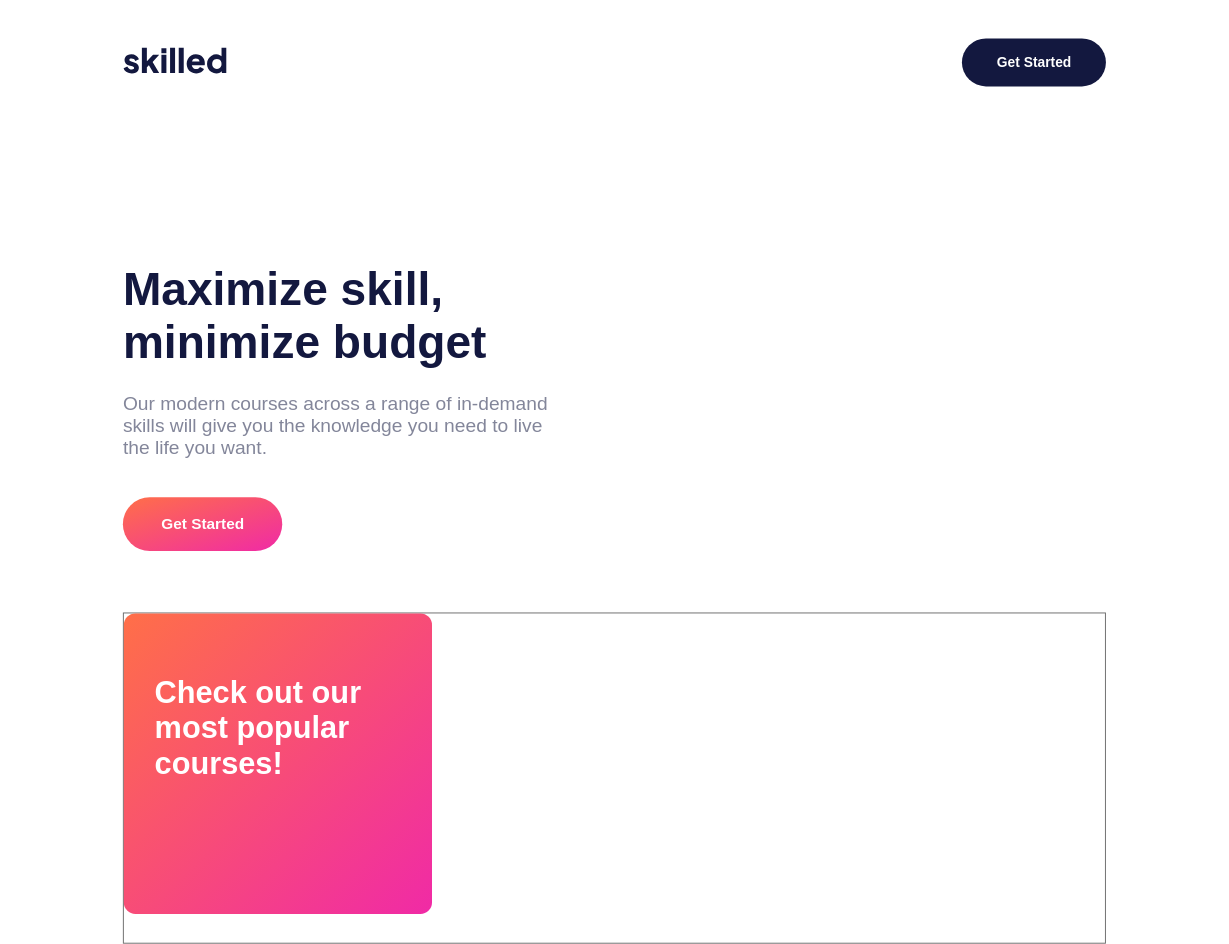
Repository: exe-walt/E-Learning-Landing-Page
Page: index.html
These files come from the project's save history. The page is drawn as it stood at one moment and after the next save; the edit follows.
The browser window is 1280 px wide. The pictures show the whole page, at 96% of full size.
Some web fonts or font styles are not loaded; a fallback is used.

Above is the page before, as saved 2025-05-29 12:28:56.

After the next save:
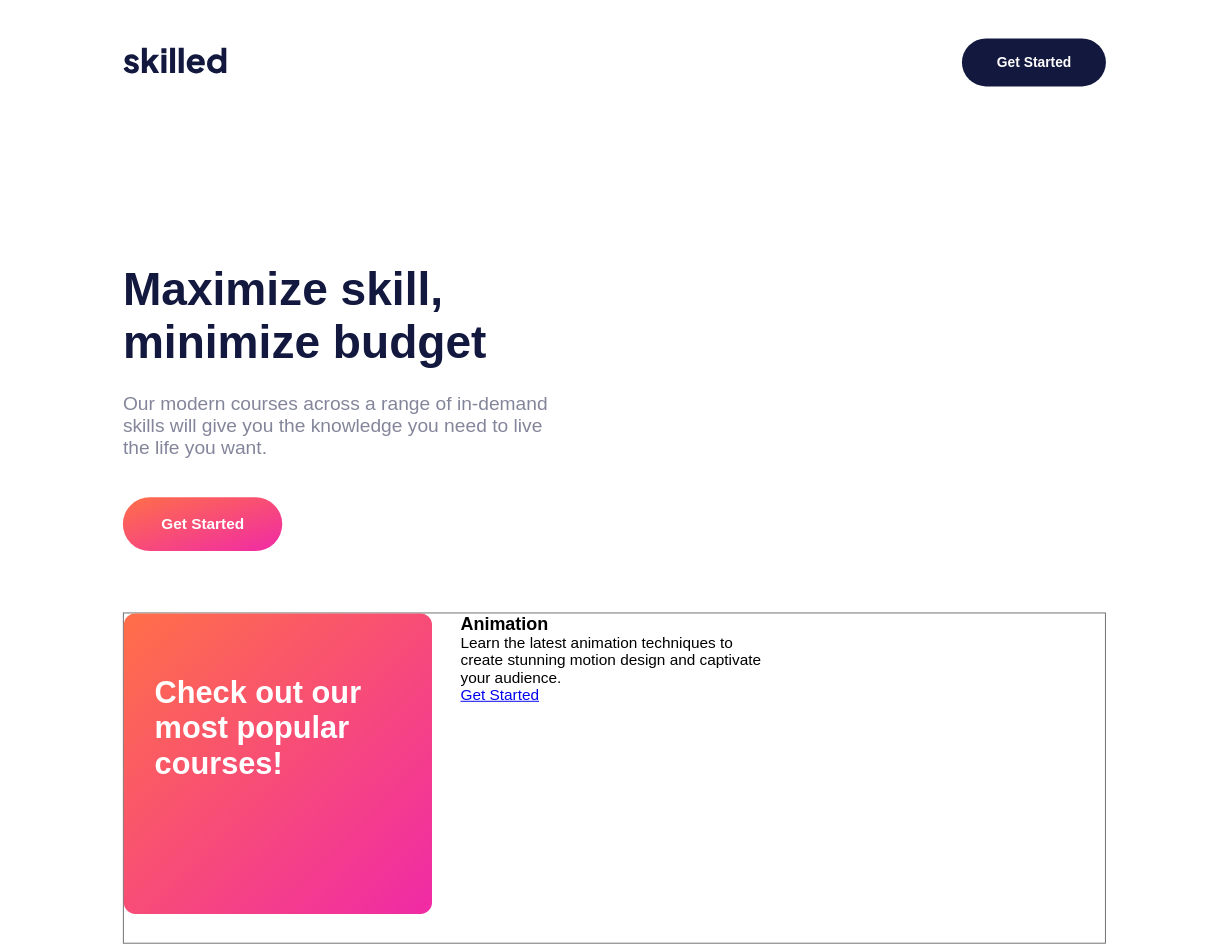
Saved 4 min 19 s later.
--- a/index.html
+++ b/index.html
@@ -40,7 +40,11 @@
       <div class="main-left">
         <p>Check out our <br>most popular <br>courses! </p>
       </div>
-      <div class="animation-card"></div>
+      <div class="animation-card">
+        <h3>Animation</h3>
+  <p>Learn the latest animation techniques to create stunning motion design and captivate your audience.</p>
+  <a href="#">Get Started</a>
+      </div>
       <div class="design-card"></div>
       <div class="photography"></div>
       <div class="crypto"></div>
